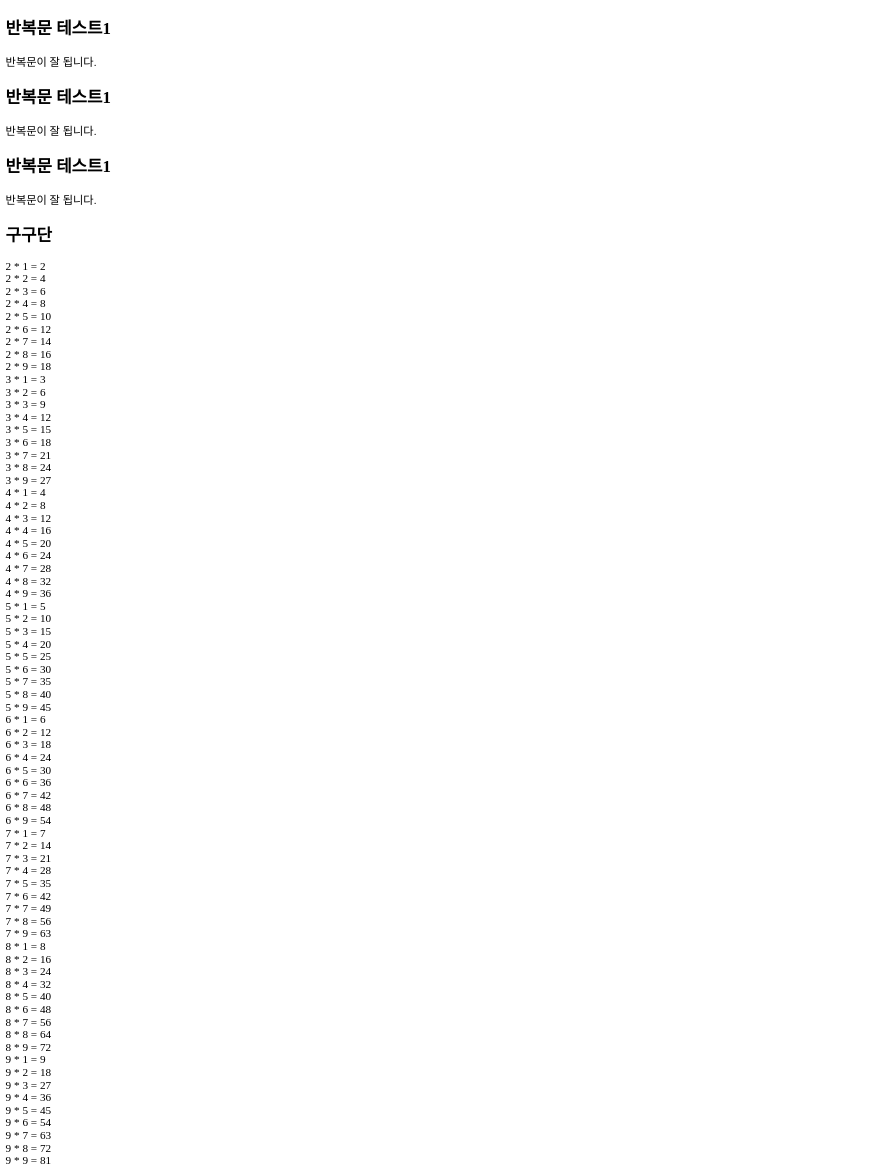
Repository: JongMin22/jsp.practice
Page: http://localhost/JSPBasic/JsPTag/Scriptlet.jsp
The author's editor kept a copy of each file at every save. The page is drawn from the files as they stood at one save, then again after the next save.
The browser window is 1280 px wide. The pictures show the part of the page from y = 0 to 1920 px (the page is 1675 px tall before and 3395 px after), at 70% of full size.
The page is served by Tomcat 9.

Above is the page before, as saved 2022-01-28 03:15:32.

After the next save:
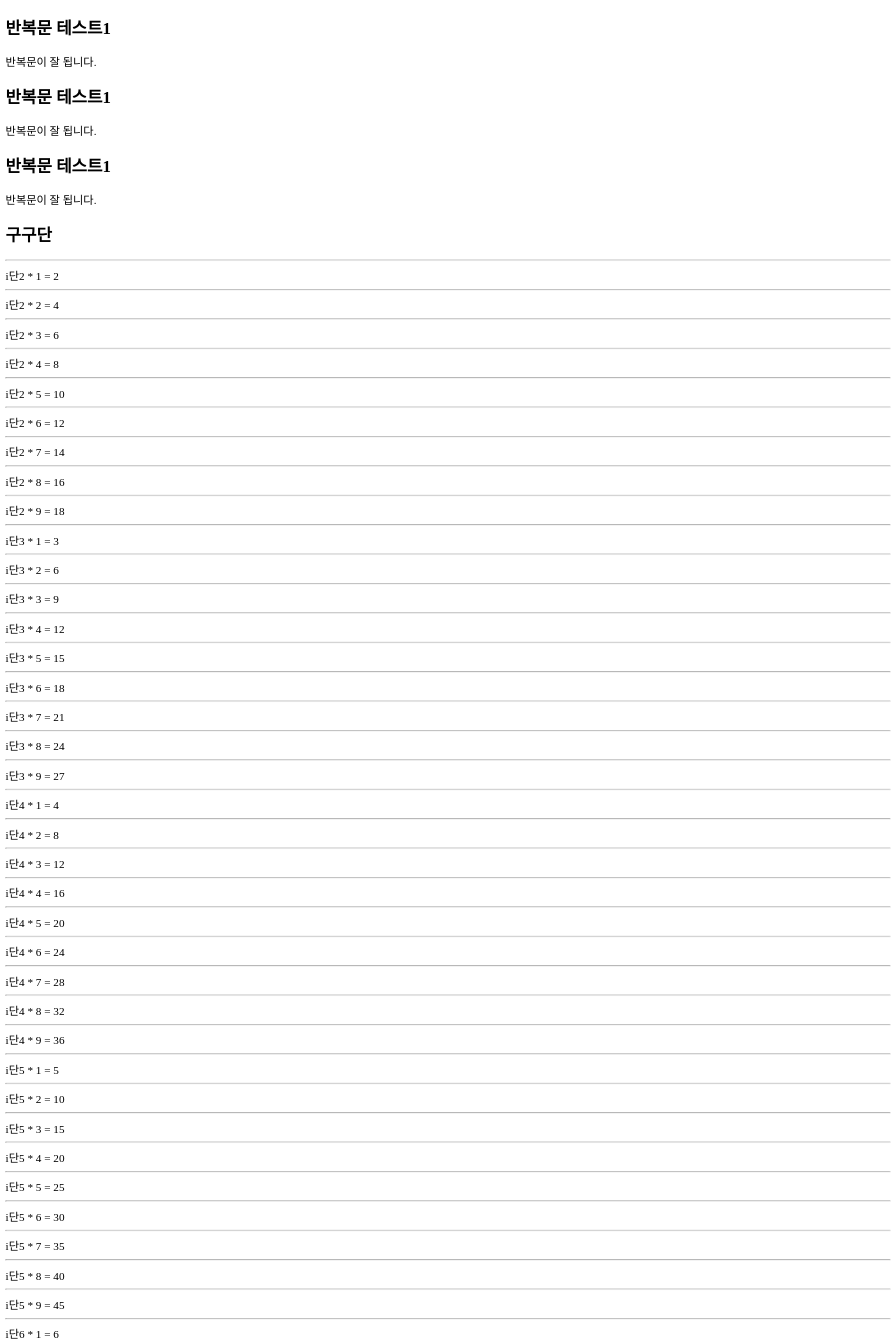
Saved 29 s later.
--- a/JSPBasic/src/main/webapp/JsPTag/Scriptlet.jsp
+++ b/JSPBasic/src/main/webapp/JsPTag/Scriptlet.jsp
@@ -20,7 +20,7 @@
 		<h2>구구단</h2>
 	<%for(int i=2; i<10; i++){
 		 for(int j=1; j<10; j++){
-			 out.println(i + " * "+ j + " = " + i*j +"<br/>");
+			 out.println("<hr>i단</hr>"+i + " * "+ j + " = " + i*j +"<br/>");
 
 		}
 		 } %>
